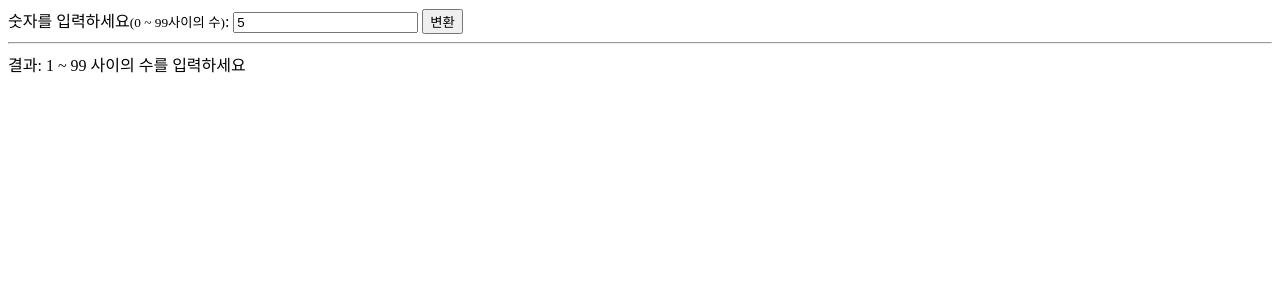
Repository: Jin0207/javaScript
Page: day0103/src/main/webapp/numberToKor.html
The author's editor kept a copy of each file at every save. The page is drawn from the files as they stood at one save, then again after the next save.
The browser window is 1280 px wide. The pictures show the whole page.
Empty fields were first filled with sample values (such as "Sample", 5 or name@example.com).
After loading, the first visible `button` was clicked once.

Above is the page before, as saved 2022-01-03 11:06:05.

### day0103/src/main/webapp/numberToKor.html
<!DOCTYPE html>
<html>
<head>
<meta charset="UTF-8">
<title>Insert title here</title>
<script type="text/javascript">
	function chgKor() {
		let num = document.getElementById("num").value;
		let result = "";

		if(num.length <= 2){
			for(let i=0; i < num.length; i++){
				console.log(num[i]);
				switch (num[i]) {
				case 1: result += "일";break;
				case 2: result += "이";break;
				case 3: result += "삼";break;
				case 4: result += "사";break;
				case 5: result += "오";break;
				case 6: result += "육";break;
				case 7: result += "칠";break;
				case 8: result += "팔";break;
				case 9: result += "구";break;
				default: result="1 ~ 99 사이의 수를 입력하세요";break;
				}
			}
		}else{
			result = "1 ~ 99 사이의 수를 입력하세요";
		}

		document.getElementById("result").innerHTML = result;
	}
</script>
</head>
<body>
	숫자를 입력하세요<small>(0 ~ 99사이의 수)</small>: <input type="number" id="num">
	<button onclick="chgKor()">변환</button>
	<hr>
	결과: <span id="result"></span>
</body>
</html>

After the next save:
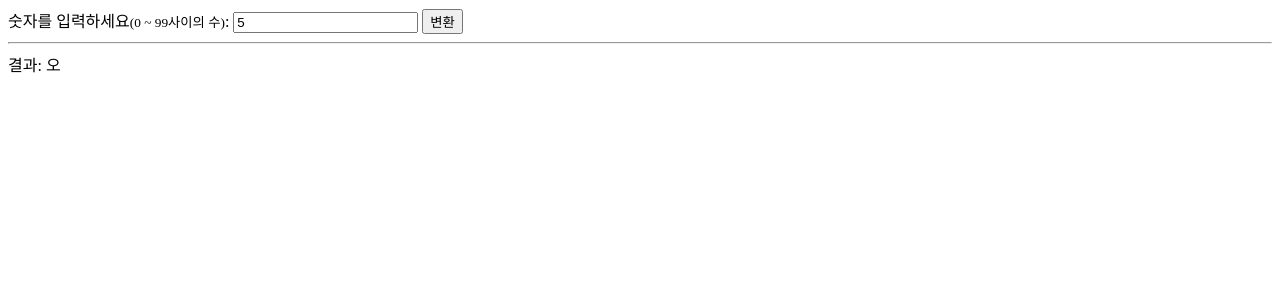
Saved 37 s later.
--- a/day0103/src/main/webapp/numberToKor.html
+++ b/day0103/src/main/webapp/numberToKor.html
@@ -12,15 +12,15 @@
 			for(let i=0; i < num.length; i++){
 				console.log(num[i]);
 				switch (num[i]) {
-				case 1: result += "일";break;
-				case 2: result += "이";break;
-				case 3: result += "삼";break;
-				case 4: result += "사";break;
-				case 5: result += "오";break;
-				case 6: result += "육";break;
-				case 7: result += "칠";break;
-				case 8: result += "팔";break;
-				case 9: result += "구";break;
+				case "1": result += "일";break;
+				case "2": result += "이";break;
+				case "3": result += "삼";break;
+				case "4": result += "사";break;
+				case "5": result += "오";break;
+				case "6": result += "육";break;
+				case "7": result += "칠";break;
+				case "8": result += "팔";break;
+				case "9": result += "구";break;
 				default: result="1 ~ 99 사이의 수를 입력하세요";break;
 				}
 			}
